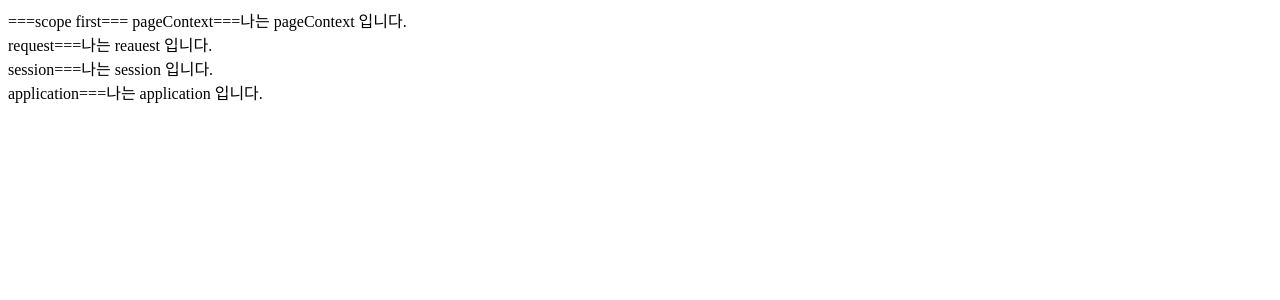
Repository: kimseunghyo/lecture-jsp
Page: http://localhost/jsp02/first.jsp
An editor plug-in stored every save of this project. The page is shown before and after the next save, followed by the edit.
The browser window is 1280 px wide. The pictures show the whole page.
The page is served by Tomcat 9. Other server files are loaded and not shown.

Above is the page before, as saved 2023-03-03 03:18:27.

### jsp02/src/main/webapp/first.jsp
<%@ page language="java" contentType="text/html; charset=UTF-8"
	pageEncoding="UTF-8"%>
<!DOCTYPE html>
<html>
<head>
<meta charset="UTF-8">
<title>Insert title here</title>
</head>
<body>
	<%
	pageContext.setAttribute("name", "나는 pageContext 입니다."); // 단일 페이지 에서만 유지
	request.setAttribute("name", "나는 reauest 입니다."); // forward로 넘기면 유지
	session.setAttribute("name", "나는 session 입니다."); // session이 끊이지 않으면 유지
	application.setAttribute("name", "나는 application 입니다."); // 서버 종료시까지 유지

	out.println("===scope first===");
	out.println("pageContext===" + pageContext.getAttribute("name") + "<br>");
	out.println("request===" + request.getAttribute("name") + "<br>");
	out.println("session===" + session.getAttribute("name") + "<br>");
	out.println("application===" + application.getAttribute("name") + "<br>");
	%>
</body>
</html>

After the next save:
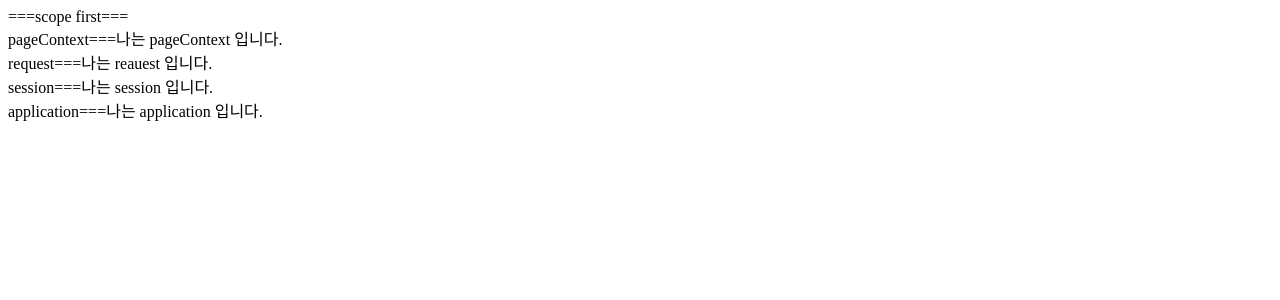
Saved 24 s later.
--- a/jsp02/src/main/webapp/first.jsp
+++ b/jsp02/src/main/webapp/first.jsp
@@ -13,7 +13,7 @@
 	session.setAttribute("name", "나는 session 입니다."); // session이 끊이지 않으면 유지
 	application.setAttribute("name", "나는 application 입니다."); // 서버 종료시까지 유지
 
-	out.println("===scope first===");
+	out.println("===scope first===<br>");
 	out.println("pageContext===" + pageContext.getAttribute("name") + "<br>");
 	out.println("request===" + request.getAttribute("name") + "<br>");
 	out.println("session===" + session.getAttribute("name") + "<br>");
